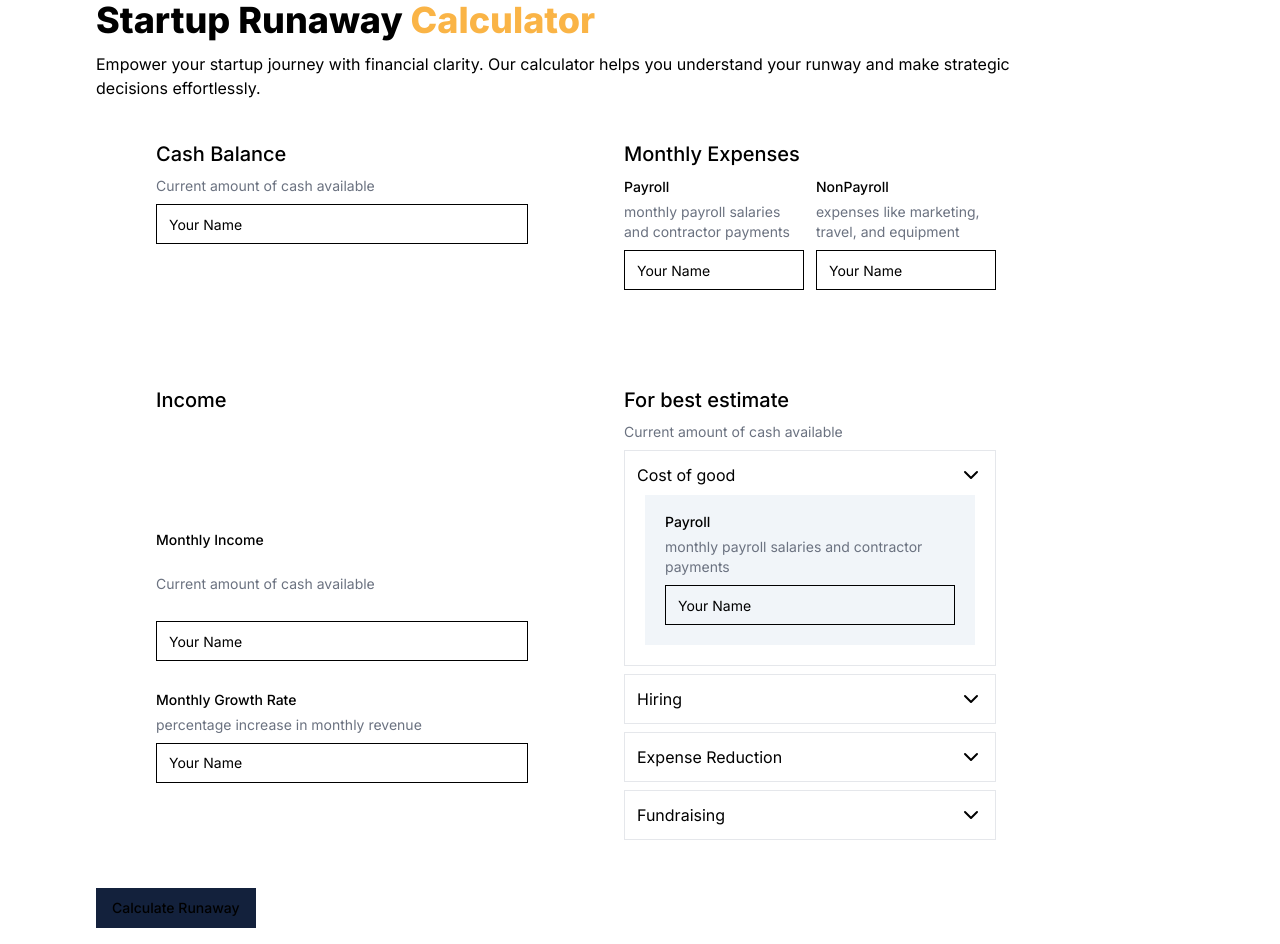
Repository: wossenF/startup-runaway-calculator
Page: /
These files come from the project's save history. The page is drawn as it stood at one moment and after a run of saves; the edit follows.
The browser window is 1280 px wide. The pictures show the whole page.
The project was rebuilt for these pictures with package versions that can differ from the ones it lists, and the page was loaded fresh each time. The framework's server and built-in components were replaced by stand-ins that run in the browser. Also part of the build but not shown: next.config.mjs.

Above is the page before, as saved 2024-04-08 13:59:05.

After the next 2 saves:
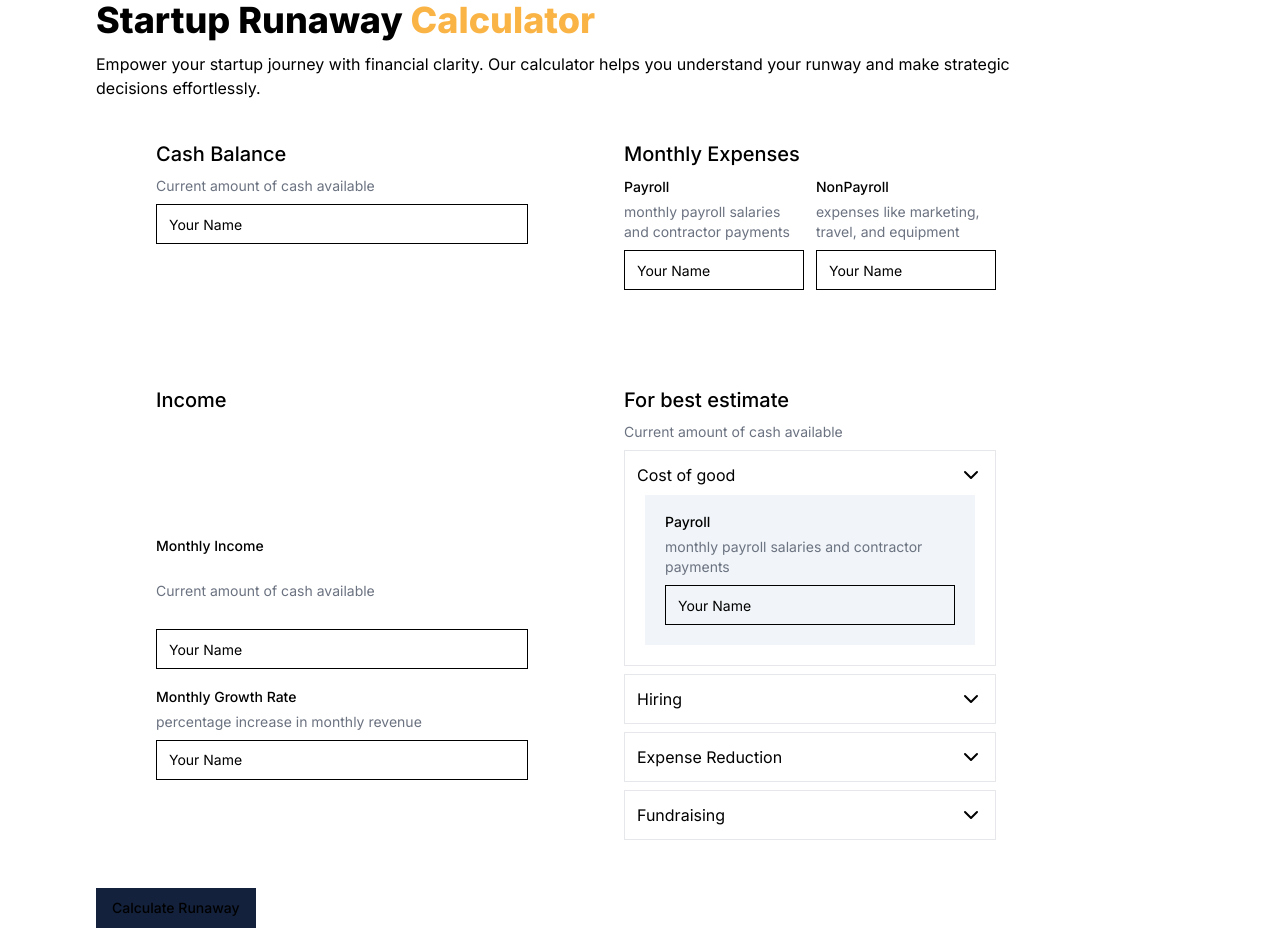
The 2 saves are shown as one change because they came seconds apart.
The last was saved 38 s later.
--- a/src/components/UserInput.tsx
+++ b/src/components/UserInput.tsx
@@ -43,7 +43,7 @@ const UserInput = () => {
 
       <div className=" bg-secondary/50 rounded-lg p-7 grid ">
         <Label className="font-medium text-xl">Income</Label>
-        <div className="grid gap-3 pt-1">
+        <div className="grid  pt-1">
             <form className="grid gap-2">
               <Label className="">Monthly Income</Label>
               <p className="text-gray-500 text-sm ">
